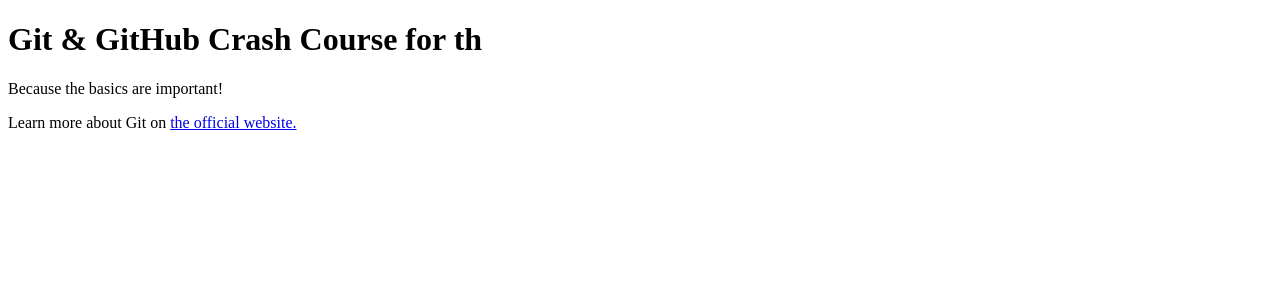
Repository: islam174932/githubcourse
Page: index.html
An editor plug-in stored every save of this project. The page is shown before and after the next save, followed by the edit.
The browser window is 1280 px wide. The pictures show the whole page.

Above is the page before, as saved 2024-06-13 21:45:48.

After the next save:
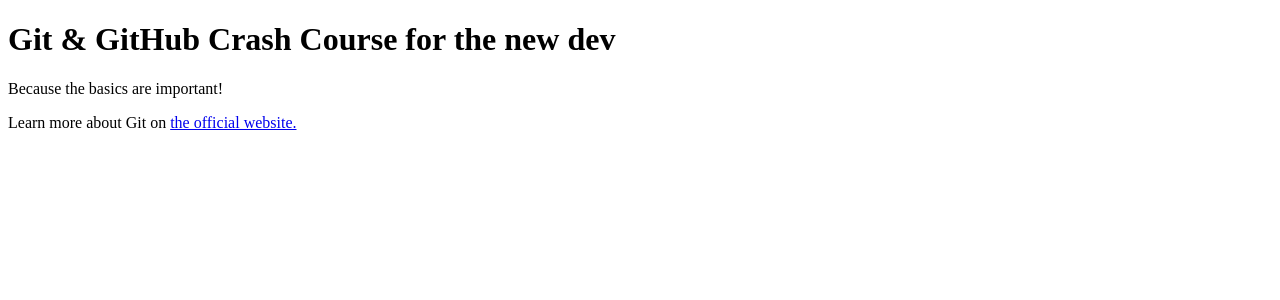
Saved 4 s later.
--- a/index.html
+++ b/index.html
@@ -7,7 +7,7 @@
     <title>Git & GitHub Crash Course for me 4</title>
   </head>
   <body>
-    <h1>Git & GitHub Crash Course for th</h1>
+    <h1>Git & GitHub Crash Course for the new dev </h1>
     <p>Because the basics are important!</p>
     <p>
       Learn more about Git on
